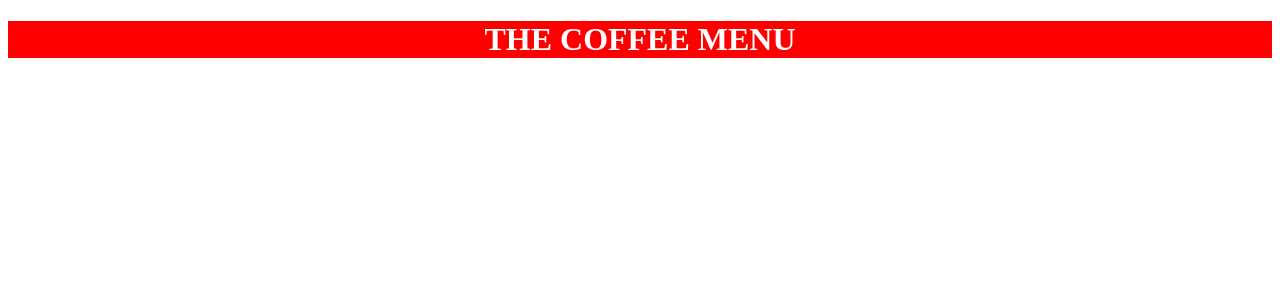
Repository: giahuy405/HomeWork_Coffee
Page: coffee.html
These files come from the project's save history. The page is drawn as it stood at one moment and after the next save; the edit follows.
The browser window is 1280 px wide. The pictures show the whole page.

Above is the page before, as saved 2022-09-07 12:01:28.

After the next save:
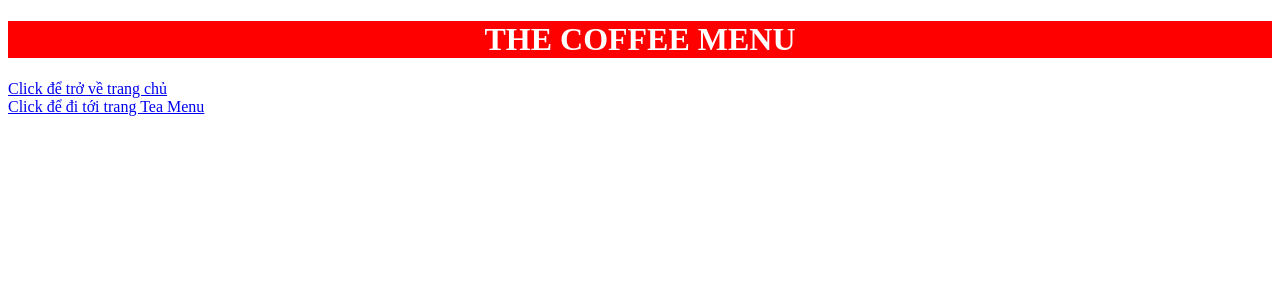
Saved 67 s later.
--- a/coffee.html
+++ b/coffee.html
@@ -9,5 +9,8 @@
 </head>
 <body>
     <h1 style="background-color:red;color:white;text-align:center">THE COFFEE MENU</h1>
+    <a href="./index.html">Click để trở về trang chủ</a>
+    <br>
+    <a href="./tea.html">Click để đi tới trang Tea Menu</a>
 </body>
 </html>
